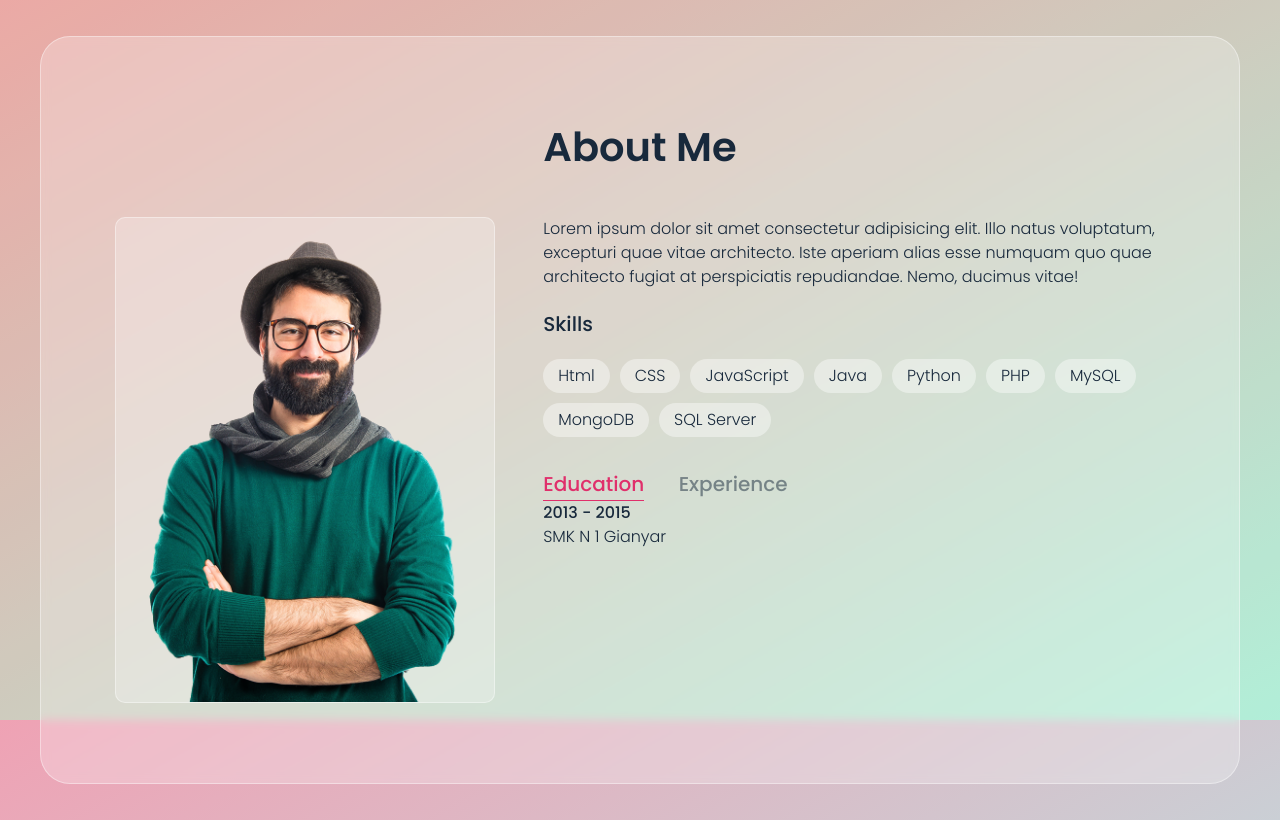
Repository: dewaary/Glassmorp-me
Page: index.html
An editor plug-in stored every save of this project. The page is shown before and after the next save, followed by the edit.
The browser window is 1280 px wide. The pictures show the whole page.
Backgrounds fixed to the window are drawn as part of the page.

Above is the page before, as saved 2021-05-25 22:48:07.
Not found: js/script,js

### index.html
<!DOCTYPE html>
<html lang="en">

<head>
    <meta charset="UTF-8">
    <meta http-equiv="X-UA-Compatible" content="IE=edge">
    <meta name="viewport" content="width=device-width, initial-scale=1.0">
    <link rel="stylesheet" href="style.css">
    <title>Document</title>
</head>

<body>
    <div class="main">
        <section class="home-section align-items-center hidden">
            <div class="container">
                <div class="row align-items-center">
                    <div class="home-text">
                        <p>Hello, I'm</p>
                        <h1>Dewa Ari</h1>
                        <h2>Full-Stack Web Developer</h2>
                        <a href="#" class="btn">more about me</a>
                        <a href="#" class="btn">portfolio</a>
                    </div>
                    <div class="home-img">
                        <div class="img-box">
                            <img src="img/profile-img.png" alt="profile-img">
                        </div>
                    </div>
                </div>
            </div>
        </section>

        <!-- About Section -->
        <section class="about-section sec-padding">
            <div class="container">
                <div class="row">
                    <div class="section-title">
                        <h2>About me</h2>
                    </div>
                </div>
                <div class="row">
                    <div class="about-img">
                        <div class="img-box">
                            <img src="img/about-img.png" alt="About Image">
                        </div>
                    </div>
                    <div class="about-text">
                        <p>Lorem ipsum dolor sit amet consectetur adipisicing elit. Illo natus voluptatum, excepturi
                            quae vitae architecto. Iste aperiam alias esse numquam quo quae architecto fugiat at
                            perspiciatis repudiandae. Nemo, ducimus vitae!</p>
                        <h3>Skills</h3>
                        <div class="skills">
                            <div class="skill-item">Html</div>
                            <div class="skill-item">CSS</div>
                            <div class="skill-item">JavaScript</div>
                            <div class="skill-item">Java</div>
                            <div class="skill-item">Python</div>
                            <div class="skill-item">PHP</div>
                            <div class="skill-item">MySQL</div>
                            <div class="skill-item">MongoDB</div>
                            <div class="skill-item">SQL Server</div>
                        </div>

                        <div class="about-tabs">
                            <button type="button" class="tab-item active" data-target="#education">Education</button>
                            <button type="button" class="tab-item" data-target="#experience">Experience</button>
                        </div>
                        <div class="tab-content" id="education">
                            <div class="timeline">
                                <div class="timline-item">
                                    <span class="date">
                                        <h4>2013 - 2015</h4>
                                        <p>SMK N 1 Gianyar</p>
                                    </span>
                                </div>
                            </div>
                        </div>
                        <!-- Education Start -->


                    </div>
                </div>
            </div>
        </section>

    </div>
    <script src="js/script,js"></script>
</body>

</html>

### style.css
/* Fonts */
@import url("https://fonts.googleapis.com/css2?family=Poppins:wght@300;400;500;600;700&display=swap");

/* Variables */

:root {
  --main-color: #e02f6b;
  --blue: #0000ff;
  --blue-dark: #18293c;
  --orange: #ffa500;
  --green-yellow: #cddc39;
  --pink-light: #efa2b4;
  --cyan-light: #aef1ee;
  --white: #ffffff;
  --white-alpha-40: rgba(255, 255, 255, 0.4);
  --white-alpha-25: rgba(255, 255, 255, 0.25);
  --backdrop-filter-blur: blur(5px);
}

* {
  box-sizing: border-box;
  padding: 0;
  margin: 0;
  outline: none;
}

::before,
::after {
  box-sizing: border-box;
}

body {
  min-height: 100vh;
  background-image: linear-gradient(
    to bottom right,
    var(--pink-light),
    var(--cyan-light)
  );
  background-attachment: fixed;
  font-size: 16px;
  font-family: "Poppins", sans-serif;
  font-weight: 300;
  color: var(--blue-dark);
  line-height: 1.5;
  overflow-x: hidden;
  -webkit-tap-highlight-color: transparent;
  padding: 5vh 15px;
}

body::before {
  content: "";
  position: fixed;
  left: 0;
  top: 0;
  height: 100%;
  width: 100%;
  background-color: var(--green-yellow);
  z-index: -1;
  opacity: 0.12;
}

a {
  text-decoration: none;
}

h1,
h2 {
  font-weight: 600;
}

h3,
h4,
h5,
h6 {
  font-weight: 500;
}

img {
  max-width: 100%;
  vertical-align: middle;
}

section {
  background-color: var(--white-alpha-25);
  border: 1px solid var(--white-alpha-40);
  min-height: 90vh;
  border-radius: 30px;
  backdrop-filter: var(--backdrop-filter-blur);
}

.main {
  max-width: 1200px;
  margin: auto;
}

.row {
  display: flex;
  flex-wrap: wrap;
}

.container {
  padding: 0 40px;
  width: 100%;
}

.align-items-center {
  align-items: center;
}

.hidden{
  display: none !important;
}

.sec-padding {
  padding: 80px 0;;
}

/* Section Tittle */
.section-title {
  padding: 0 15px;
  width: 100%;
  text-align: center;
  margin-bottom: 40px;
}

.section-title h2 {

  font-size: 40px;
  text-transform: capitalize;
}


/* Custome Scroolbar */

::-webkit-scrollbar{
  width: 5px;
}

::-webkit-scrollbar-track{
  background-color: var(--white);
}

::-webkit-scrollbar-thumb {
  background-color: var(--main-color);
}

/*
Buttons */

button {
  font-family: inherit;
  user-select: none;
}


.btn {
  line-height: 1.5;
  background-color: var(--white-alpha-25);
  border: 1px solid var(--white-alpha-40);
  padding: 10px 28px;
  display: inline-block;
  border-radius: 30px;
  color: var(--main-color);
  font-weight: 500;
  text-transform: capitalize;
  font-family: inherit;
  font-size: 16px;
  cursor: pointer;
  user-select: none;
  position: relative;
  overflow: hidden;
  vertical-align: middle;
  transition: width 0.3s ease;
}

.btn::before {
  content: "";
  position: absolute;
  left: 0;
  top: 0;
  height: 100%;
  width: 0%;
  background-color: var(--main-color);
  z-index: -1;
  transition: width 0.3s ease;
}

.btn:hover::before {
  width: 100%;
}
.btn:hover {
  color: var(--white);
}

/*
Home Section */

.home-section {
  display: flex;
  padding: 120px 0;
}

.home-text,
.home-img {
  width: 50%;
  padding: 15px;
}

.home-text p {
  font-size: 15px;
}

.home-text h2 {
  font-size: 20px;
  text-transform: capitalize;
  font-weight: 300;
  margin: 0 0 30px;
}

.home-text .btn {
  margin: 0 15px 15px 0;
}

.home-text h1 {
  font-size: 50px;
  text-transform: capitalize;
}

.home-img .img-box {
  max-width: 360px;
  background-color: var(--white-alpha-25);
  border-radius: 50%;
  background-color: var(--white-alpha-25);
  margin: auto;
}

.home-img .img-box img {
  width: 100%;
  border-radius: 50%;
}


/* About Section */

.about-img{
  width: 40%;
  padding: 0 15px;
}

.about-text {
  width: 60%;
  padding: 0 15px;
}

.about-img .img-box {
  background-color: var(--white-alpha-25);
  max-width: 380px;
  border: 1px solid var(--white-alpha-40);
  margin: auto;
  border-radius: 10px;

}

.about-img .img-box img{
  width: 100%;
}

.about-text h3{
  text-transform: capitalize;
  font-size: 20px;
  margin: 20px 0;;
}

.about-text .skills {
  display: flex;
  flex-wrap: wrap;
}

.about-text .skill-item {
  background-color: var(--white-alpha-25);
  background-color: var(--white-alpha-40);
  padding: 5px 15px;
  text-transform: capitalize;
  margin: 0 10px 10px 0;
  border-radius: 20px;
}

.about-tabs {
  margin-top: 20px;
}

.about-tabs .tab-item {
  padding: 2px 0;
  background-color: transparent;
  border: none;
  text-transform: capitalize;
  display: inline-block;
  color: var(--blue-dark);
  cursor: pointer;
  font-size: 20px;
  font-weight: 500;
  margin: 0 30px 0 0;
  position: relative;
  opacity: 0.5;
  transition: all 0.3s ease;
}

.about-tabs .tab-item:last-child {
  margin: 0;
}

.about-tabs .tab-item::before {
  content: '';
  position: absolute;
  left: 0;
  bottom: 0;
  width: 0%;
  height: 1px;
  background-color: var(--blue-dark);
  transition: width 0.3s ease;
}

.about-tabs .tab-item:hover::before {
  width: 100%;
}

.about-tabs .tab-item.active::before {
  width: 100%;
  background-color: var(--main-color);
}

.about-tabs .tab-item.active{
  color: var(--main-color);
  opacity: 1;
  cursor: auto;
}

After the next save:
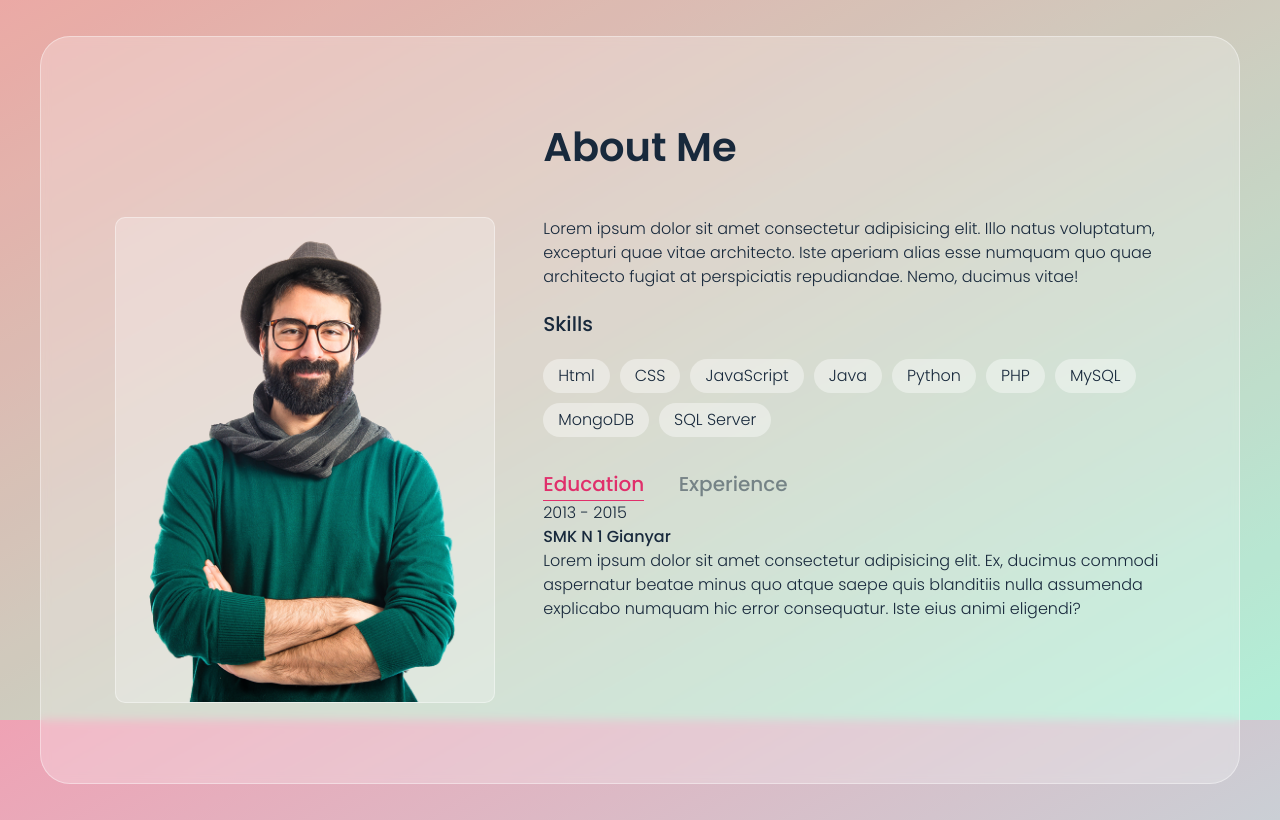
Saved 59 s later.
--- a/index.html
+++ b/index.html
@@ -68,10 +68,9 @@
                         <div class="tab-content" id="education">
                             <div class="timeline">
                                 <div class="timline-item">
-                                    <span class="date">
-                                        <h4>2013 - 2015</h4>
-                                        <p>SMK N 1 Gianyar</p>
-                                    </span>
+                                    <span class="date">2013 - 2015</span>
+                                    <h4>SMK N 1 Gianyar</h4>
+                                    <p>Lorem ipsum dolor sit amet consectetur adipisicing elit. Ex, ducimus commodi aspernatur beatae minus quo atque saepe quis blanditiis nulla assumenda explicabo numquam hic error consequatur. Iste eius animi eligendi?</p>
                                 </div>
                             </div>
                         </div>
